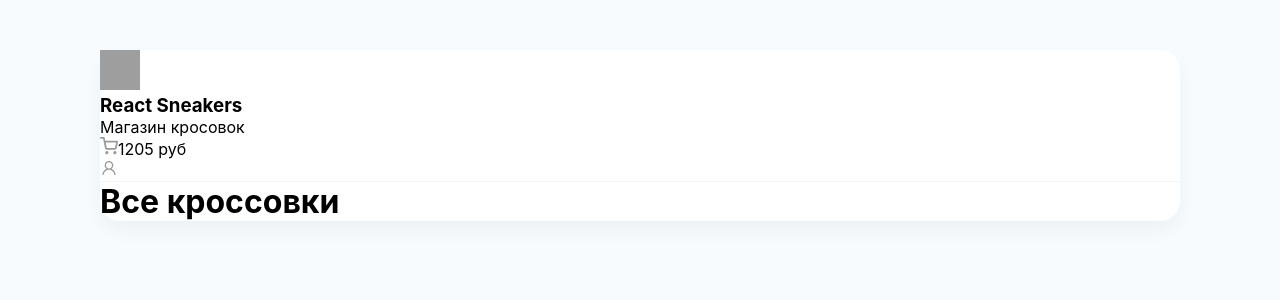
Repository: Azimich/React-Sneakers
Page: /
An editor plug-in stored every save of this project. The page is shown before and after the next save, followed by the edit.
The browser window is 1280 px wide. The pictures show the whole page.
Pictures or frames that could not be fetched are drawn as grey boxes. The project was rebuilt for these pictures with package versions that can differ from the ones it lists, and the page was loaded fresh each time.

Above is the page before, as saved 2022-09-22 22:02:27.

### src/index.js
import React from 'react';
import ReactDOM from 'react-dom/client';

import 'macro-css';
import './index.scss';
import App from './App';

const root = ReactDOM.createRoot(document.getElementById('root'));
root.render (
  <React.StrictMode>
    <App />
  </React.StrictMode>
);

### src/index.scss
body {
  margin: 0;
  font-family: -apple-system, BlinkMacSystemFont, 'Segoe UI', 'Roboto', 'Oxygen',
  'Ubuntu', 'Cantarell', 'Fira Sans', 'Droid Sans', 'Helvetica Neue',
  sans-serif;
  background-color: #F7FBFE;
}

*,
*::before,
*::after {
  box-sizing: border-box;
  margin: 0;
  padding: 0;
}

ul {
  list-style: none;
}

a {
  text-decoration: none;
}

input,
textarea,
label,
button {
  background-color: transparent;
  font-family: inherit;
  outline: none;
  display: block;
}

button {
  border: none;
  cursor: pointer;
}

textarea{
  resize: none;
}

h1,h2,h3,h4,h5{
  margin: 0;
}

.wrapper {
  background: #FFFFFF;
  box-shadow: 0px 10px 20px rgba(0, 0, 0, 0.04);
  border-radius: 20px;
  max-width: 1080px;
  margin: 50px auto;
}

header {
  border-bottom: 1px solid #f4f4f4;
}

// .headerInfo {
//   margin-left: 12px;
// }

### src/App.js
import React from 'react';


function App() {
  return (
    <div className="wrapper">
      <header className="d-flex justify-between align-center p-40">
        <div className="d-flex align-center">
          <img width={40} height={40} src="/img/logo.svg" />
          <div>
            <h3 className='text-uppercase'>React Sneakers</h3>
            <p>Магазин кросовок</p>
          </div>
        </div>
        <ul className="d-flex align-center">
          <li className='mr-30 d-flex align-center'>
            <img width={18} height={18} src="/img/cart.svg" />
            <span>1205 руб</span>
          </li>
          <li>
            <img width={18} height={18} src="/img/user.svg" />
          </li>
        </ul>
      </header>
      <div className="content">
        <h1>Все кроссовки</h1>
      </div>
    </div>
  );
}

export default App;

Loaded but not shown: public/index.html (common file)

After the next save:
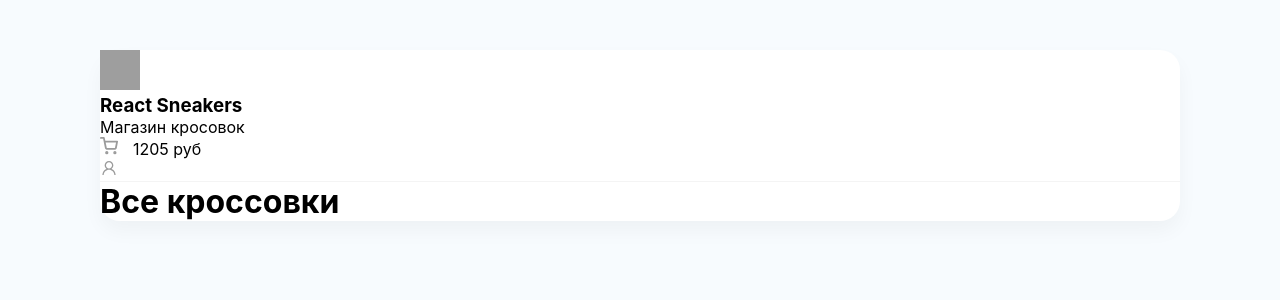
Saved 13 s later.
--- a/src/index.scss
+++ b/src/index.scss
@@ -55,6 +55,10 @@ h1,h2,h3,h4,h5{
 
 header {
   border-bottom: 1px solid #f4f4f4;
+
+  img {
+    margin-right: 15px;
+  }
 }
 
 // .headerInfo {
